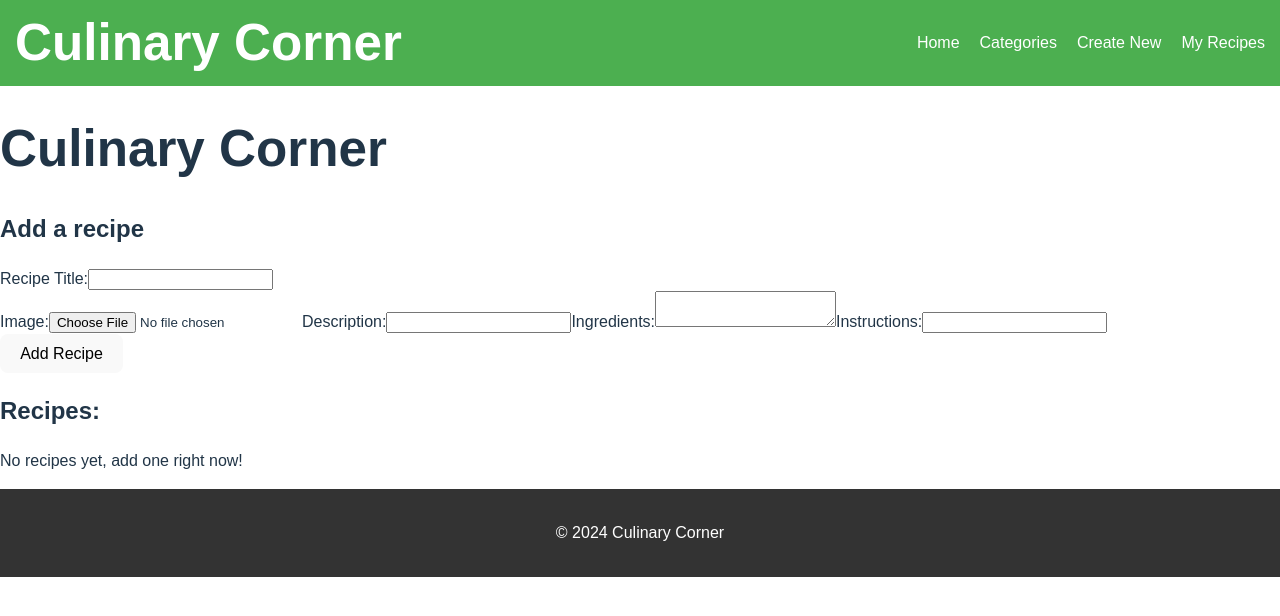
Repository: danielder10/Mon-Jumi-Daniel-FrontEnd-Project
Page: /add-new-recipe
The author's editor kept a copy of each file at every save. The page is drawn from the files as they stood at one save, then again after the next save.
The browser window is 1280 px wide. The pictures show the whole page.
The project was rebuilt for these pictures with package versions that can differ from the ones it lists, and the page was loaded fresh each time. Also part of the build but not shown: vite.config.js, src/Home.jsx, src/Categories.jsx, src/MyRecipes.jsx, src/RecipesDetails.jsx.

Above is the page before, as saved 2024-11-16 01:07:51.

After the next save:
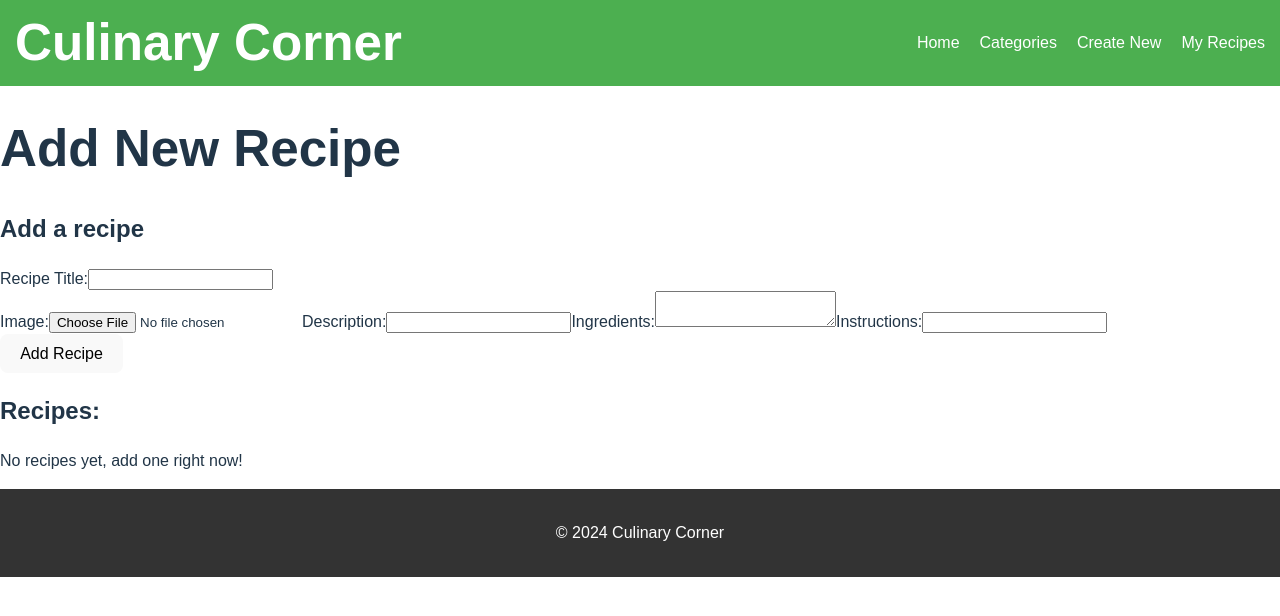
Saved 85 s later.
--- a/src/AddNewRecipe.jsx
+++ b/src/AddNewRecipe.jsx
@@ -13,7 +13,7 @@ export default function AddNewRecipe() {
   return (
     <>
         <div>
-            <h1>Culinary Corner</h1>
+            <h1>Add New Recipe</h1>
             <AddRecipeForm onAddRecipe={handleAddRecipe} />
             <div>
                 <h2>Recipes:</h2>
